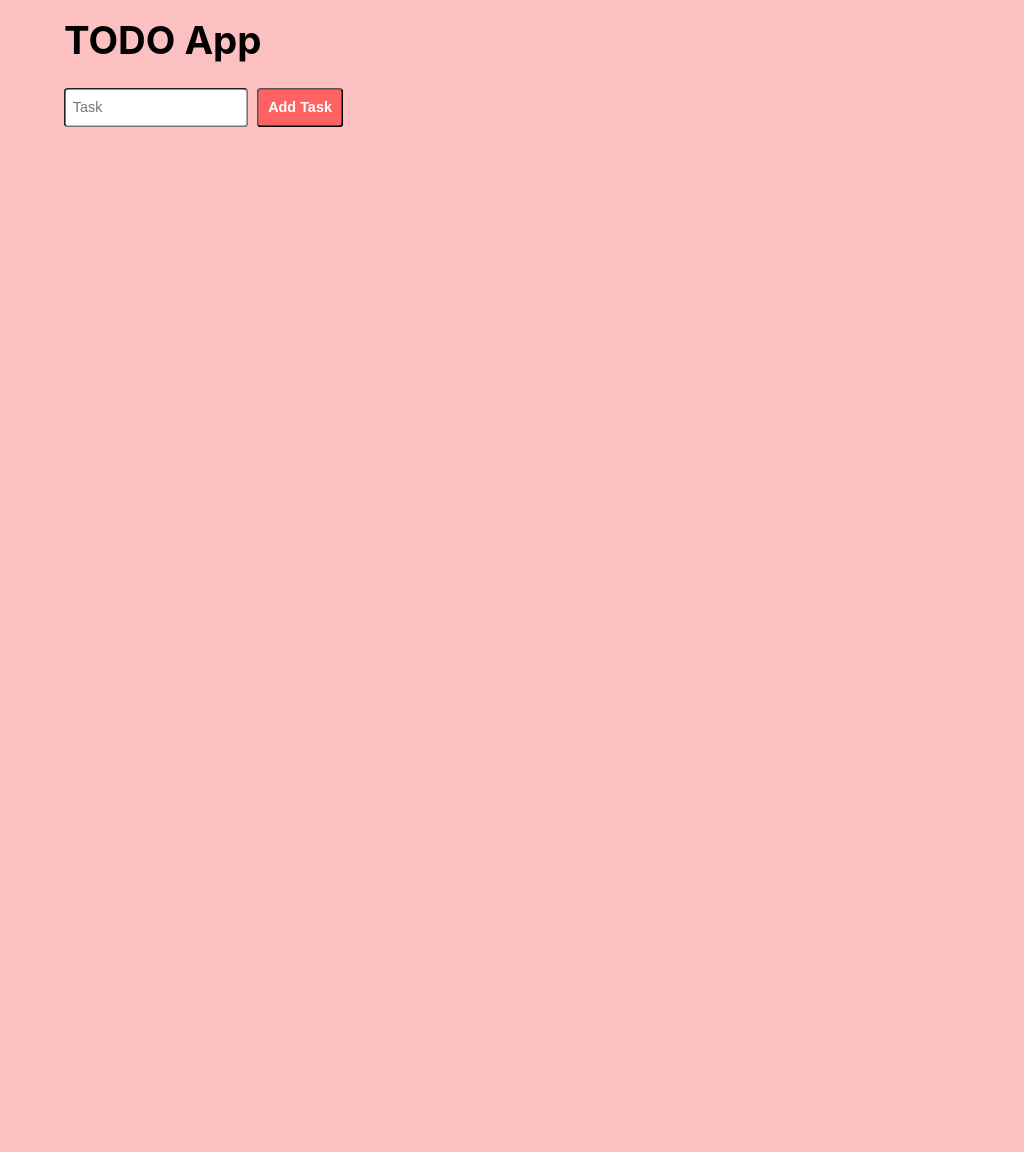
Repository: BhanuKaukuntla/TodoApp
Page: /
The author's editor kept a copy of each file at every save. The page is drawn from the files as they stood at one save, then again after the next save.
The browser window is 1280 px wide. The pictures show the whole page, at 80% of full size.
The project was rebuilt for these pictures with package versions that can differ from the ones it lists, and the page was loaded fresh each time. Also part of the build but not shown: src/components/TodoItem/TodoItem.js.

Above is the page before, as saved 2021-12-04 10:07:51.

After the next save:
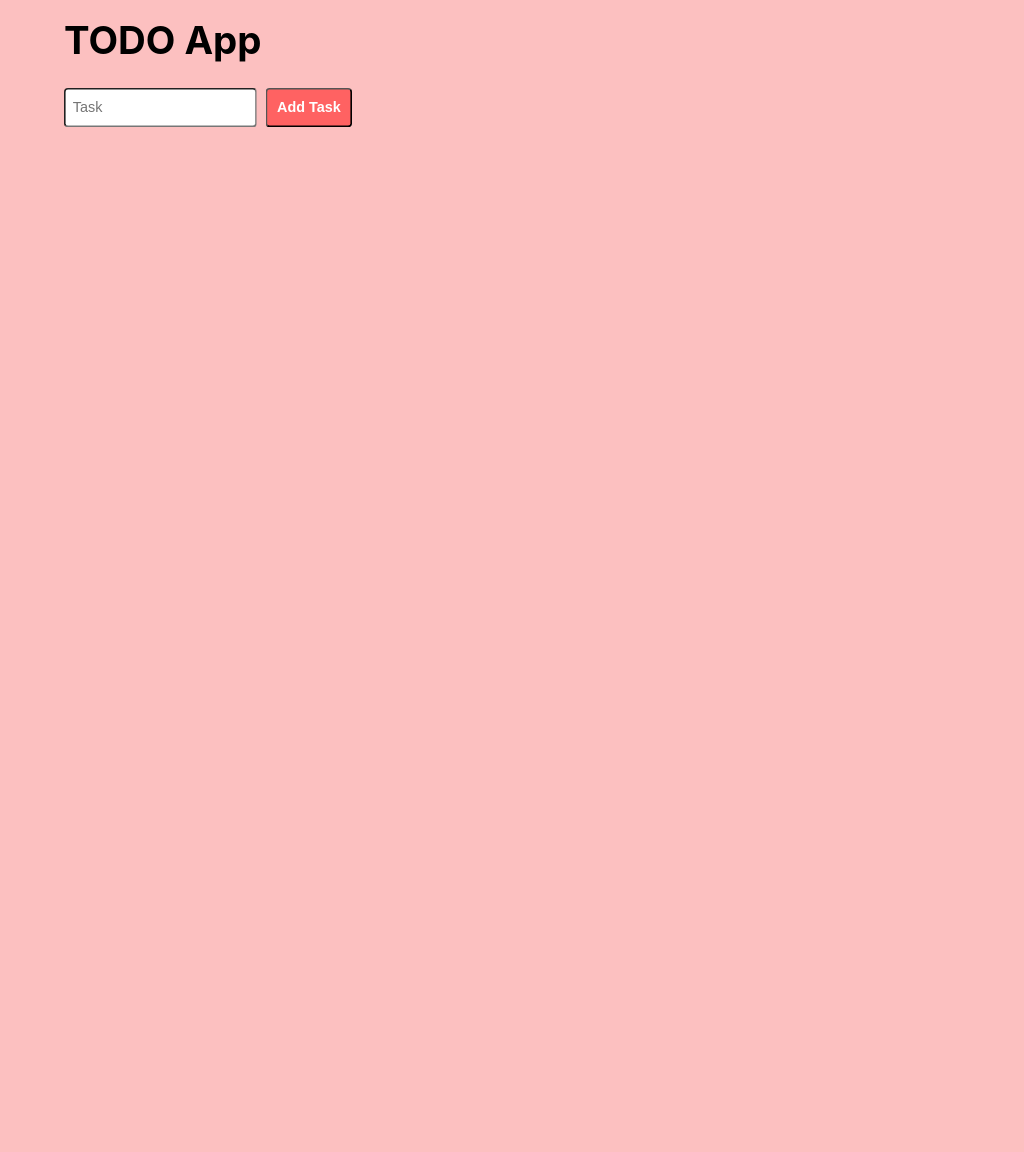
Saved 4 s later.
--- a/src/index.css
+++ b/src/index.css
@@ -56,7 +56,7 @@ body {
   border-radius: 5px;
   font-size: large;
   padding: 9px;
-  width: 13rem;
+  width: 13.7rem;
   height: 1.7rem;
 }
 
